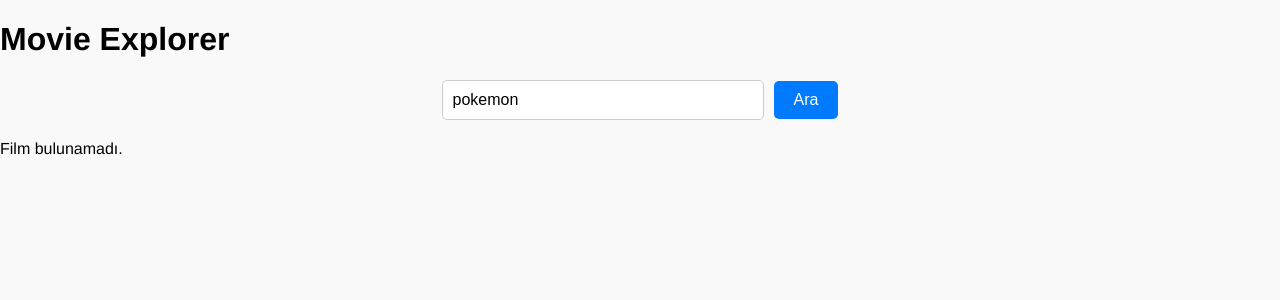
Repository: denizdizi/movie-explorer
Page: /
These files come from the project's save history. The page is drawn as it stood at one moment and after the next save; the edit follows.
The browser window is 1280 px wide. The pictures show the whole page.
The page's requests for data from a server got no answer. The project was rebuilt for these pictures with package versions that can differ from the ones it lists, and the page was loaded fresh each time. No one was signed in, and anything a server would have sent is missing. Also part of the build but not shown: src/App.css, src/components/MovieCard.js.

Above is the page before, as saved 2025-03-28 11:13:57.

### src/index.js
import React from 'react';
import ReactDOM from 'react-dom/client';
import './index.css';
import App from './App';
import reportWebVitals from './reportWebVitals';
import { Provider } from 'react-redux';
import store from "./store/store";

const root = ReactDOM.createRoot(document.getElementById('root'));
root.render(
  <Provider store={store}>
    <App />
  </Provider>
);

// If you want to start measuring performance in your app, pass a function
// to log results (for example: reportWebVitals(console.log))
// or send to an analytics endpoint. Learn more: https://bit.ly/CRA-vitals
reportWebVitals();

### src/App.js
import './App.css';
import React from "react";
import { BrowserRouter as Router, Routes, Route } from "react-router-dom";
import Home from "./pages/Home";
import "./styles/global.scss";

function App() {
  return (
    <Router>
      <Routes>
        <Route path="/" element={<Home />} />
        {/* <Route path="/movie/:id" element={<MovieDetails />} /> */}
      </Routes>
    </Router>
  );
}

export default App;

### src/store/store.js
import { createStore, applyMiddleware, combineReducers } from "redux";
import { thunk } from "redux-thunk";
import movieReducer from "./reducers";

const rootReducer = combineReducers({
  movies: movieReducer,
});

const store = createStore(rootReducer, applyMiddleware(thunk));

export default store;

### src/pages/Home.js
import React, { useEffect } from "react";
import { useDispatch, useSelector } from "react-redux";
import { fetchMovies } from "../store/actions";
import MovieList from "../components/MovieList";
import SearchBar from "../components/SearchBar";

const Home = () => {
  const dispatch = useDispatch();
  const { movies, loading, error } = useSelector((state) => state.movies);

  useEffect(() => {
    dispatch(fetchMovies("pokemon")); // Varsayılan olarak bir film listesi getir
  }, [dispatch]);

  return (
    <div>
      <h1 className="page-title">Movie Explorer</h1>
      <SearchBar />
      {loading && <p>Yükleniyor...</p>}
      {error && <p>Hata: {error}</p>}
      <MovieList movies={movies} />
    </div>
  );
};

export default Home;

### src/styles/global.scss
body {
    font-family: 'Franklin Gothic Medium', 'Arial Narrow', Arial, sans-serif;
    background-color: #f9f9f9;
}

.movie-list {
    justify-content: center;
}

.movie-line {
  display: flex;
  align-items: center;
  margin-bottom: 2em;
  background-color: #f9f9f9;
  gap: 2em;
  justify-content: center;
}

.movie-card {
  width: 200px; /* Kartın genişliği */
  height: 300px; /* Kartın yüksekliği */
  border-radius: 10px; /* Köşeleri yuvarlat */
  box-shadow: 0 4px 8px rgba(0, 0, 0, 0.2); /* Gölgelendirme */
  overflow: hidden; /* İçerik taşmasını engelle */
  background-color: #fff; /* Arka plan beyaz */
  display: flex;
  flex-direction: column; /* İçeriği dikey yerleştir */
  align-items: center;
  justify-content: flex-start; /* Başlık ve içerikler üst kısımda yer alsın */
  padding: 10px;
  border: 1px solid #ddd; /* Çerçeve */
}

.img-container {
  width: 100%; /* Konteynerin genişliği */
  height: 60%; /* Resmin yüksekliği */
  overflow: hidden;
  padding: 0; /* Paddingi sıfırlayın */
  display: flex;
  justify-content: center;
  align-items: center; /* Resmin ortalanması için */
  border-radius: 5px;
}

.img-container img {
  width: 100%;
  height: 100%;
  object-fit: cover; /* Resmi konteynere tam sığdır */
  object-position: center;
}

.movie-card h3 {
  margin-top: 10px;
  font-size: 16px;
  text-align: center;
}

@media (max-width: 700px) {
  .movie-line {
    flex-direction: column;
  }

  .img-container {
    height: 60%; /* Küçük ekranlarda img-container yüksekliğini azaltın */
  }
}

.search-bar {
    display: flex;
    align-items: center;
    justify-content: center;
    margin: 20px 0;
  }

  .input-wrapper {
    display: flex;
    position: relative;
  }

  .search-input {
    padding: 10px;
    font-size: 1rem;
    border-radius: 5px;
    border: 1px solid #ccc;
    width: 300px;
    transition: all 0.3s ease;
  }

  .search-input:focus {
    border-color: #007bff;
    outline: none;
  }

  .clear-btn {
    position: absolute;
    top: 50%;
    right: 10px;
    transform: translateY(-50%);
    background: none;
    border: none;
    font-size: 18px;
    color: #ccc;
    cursor: pointer;
    transition: color 0.3s;
  }

  .clear-btn:hover {
    color: #007bff;
  }

  .search-btn {
    padding: 10px 20px;
    background-color: #007bff;
    color: white;
    border: none;
    border-radius: 5px;
    cursor: pointer;
    margin-left: 10px;
    font-size: 1rem;
  }

  .search-btn:hover {
    background-color: #0056b3;
  }

### src/store/reducers.js
import { FETCH_MOVIES_REQUEST, FETCH_MOVIES_SUCCESS, FETCH_MOVIES_FAILURE } from "./actions";

const initialState = {
  movies: [],
  loading: false,
  error: null,
};

const movieReducer = (state = initialState, action) => {
  switch (action.type) {
    case FETCH_MOVIES_REQUEST:
      return { ...state, loading: true };
    case FETCH_MOVIES_SUCCESS:
      return { ...state, loading: false, movies: action.payload };
    case FETCH_MOVIES_FAILURE:
      return { ...state, loading: false, error: action.payload };
    default:
      return state;
  }
};

export default movieReducer;

### src/store/actions.js
import { searchMovies } from "../utils/api";

export const FETCH_MOVIES_REQUEST = "FETCH_MOVIES_REQUEST";
export const FETCH_MOVIES_SUCCESS = "FETCH_MOVIES_SUCCESS";
export const FETCH_MOVIES_FAILURE = "FETCH_MOVIES_FAILURE";

export const fetchMovies = (query = "pokemon", page = 1) => async (dispatch) => {
  dispatch({ type: FETCH_MOVIES_REQUEST });

  try {
    const movies = await searchMovies(query, page);
    dispatch({ type: FETCH_MOVIES_SUCCESS, payload: movies });
  } catch (error) {
    dispatch({ type: FETCH_MOVIES_FAILURE, payload: error.message });
  }
};

### src/components/MovieList.js
import React from "react";
import MovieCard from "./MovieCard";

const MovieList = ({ movies }) => {
  if (!movies || movies.length === 0) {
    return <p>Film bulunamadı.</p>;
  }

  return (
    <div className="movie-list">
      <div className="row movie-line">
        {movies.slice(0, 5).map((movie) => (
          <MovieCard key={movie.imdbID} movie={movie} />
        ))}
      </div>
      <div className="row movie-line">
        {movies.slice(5, 10).map((movie) => (
          <MovieCard key={movie.imdbID} movie={movie} />
        ))}
      </div>
    </div>
  );
};

export default MovieList;

### src/components/SearchBar.js
import React, { useState } from "react";
import { useDispatch } from "react-redux";
import { fetchMovies } from "../store/actions";

const SearchBar = () => {
  const [query, setQuery] = useState("pokemon");
  const dispatch = useDispatch();

  const handleSearch = (e) => {
    e.preventDefault();
    if (query.trim() !== "") {
      dispatch(fetchMovies(query));
    }
  };

  return (
    <form onSubmit={handleSearch} className="search-bar">
      <div className="input-wrapper">
        <input
          type="text"
          placeholder="Film ara..."
          value={query}
          onChange={(e) => setQuery(e.target.value)}
          className="search-input"
        />
      </div>
      <button type="submit" className="search-btn">
        Ara
      </button>
    </form>
  );
};

export default SearchBar;

### src/utils/api.js
import axios from "axios";

const API_KEY = "df54e6ed";
const BASE_URL = "https://www.omdbapi.com/";

export const searchMovies = async (text = "pokemon", page = 1) => {
  try {
    const response = await axios.get(BASE_URL, {
      params: {
        apikey: API_KEY,
        s: text,
        page: page,
      },
    });
    return response.data.Search;
  } catch (error) {
    console.error("Film arama hatası:", error);
    return [];
  }
};

export const getMovieDetails = async (movieID) => {
  try {
    const response = await axios.get(BASE_URL, {
      params: {
        apikey: API_KEY,
        i: movieID,
      },
    });
    return response.data;
  } catch (error) {
    console.error("Film detaylarını getirme hatası:", error);
    return null;
  }
};

Loaded but not shown: public/index.html (common file); src/index.css (common file); src/reportWebVitals.js (common file); src/styles/movie.scss (no stored copy; drawn as an empty file)

After the next save:
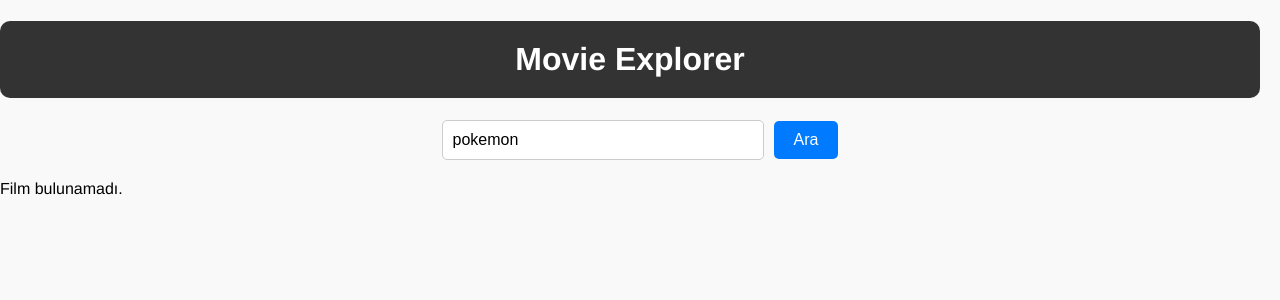
Saved 13 s later.
--- a/src/styles/global.scss
+++ b/src/styles/global.scss
@@ -122,3 +122,13 @@ body {
   .search-btn:hover {
     background-color: #0056b3;
   }
+
+  .page-title {
+    background-color: #333; /* Başlık arkaplan rengini koyu gri yapıyoruz */
+    color: #fff; /* Yazı rengini beyaz yapıyoruz */
+    padding: 20px; /* Arka planın etrafına biraz boşluk ekliyoruz */
+    font-size: 2em; /* Başlık boyutunu büyütüyoruz */
+    margin-right: 20px; /* Yazıya sağdan biraz boşluk ekliyoruz */
+    text-align: center; /* Başlığı ortalıyoruz */
+    border-radius: 10px; /* Köşelere yuvarlaklık ekliyoruz */
+  }
